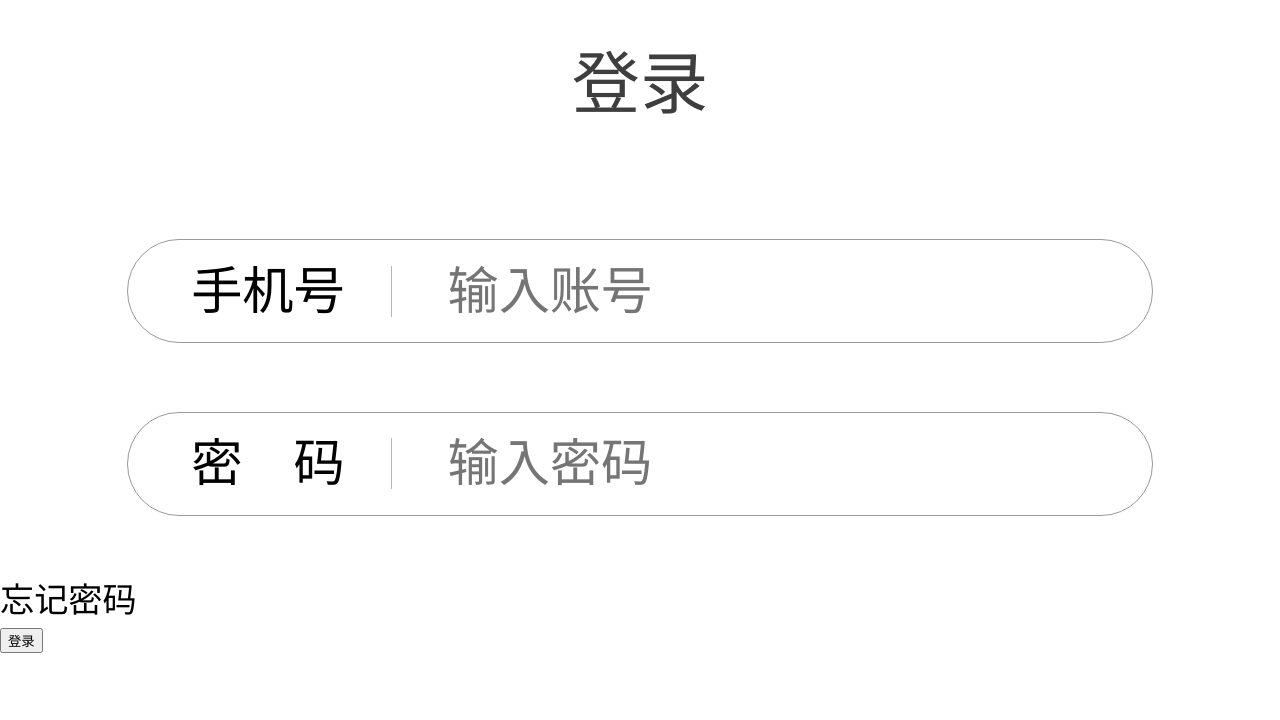
Repository: 421538074/sell
Page: consumer/login.html
An editor plug-in stored every save of this project. The page is shown before and after the next save, followed by the edit.
The browser window is 1280 px wide. The pictures show the whole page.

Above is the page before, as saved 2019-05-29 15:02:36.

### consumer/login.html
<!DOCTYPE html>
<html lang="en">

<head>
    <meta charset="UTF-8">
    <meta content="width=device-width, initial-scale=1.0, maximum-scale=1.0, user-scalable=0;" name="viewport" />
    <meta http-equiv="X-UA-Compatible" content="ie=edge">
    <title>直销系统</title>
    <link rel="stylesheet" href="../css/base.css">
    <link rel="stylesheet" href="css/login.css">
</head>

<body>
    <div id="app">
        <div class="login">
            <div class="login_wrap">
                <h4>登录</h4>
                <ul class="login_uu">
                    <li>
                        <label class="title">手机号</label>
                        <input @input="limitLength('phone',11)" v-model="phone" maxlength="11" type="number"
                            placeholder="输入账号">
                    </li>
                    <li>
                        <label class="title">密&nbsp;&nbsp;&nbsp;&nbsp;码</label>
                        <input class="pasword" v-model="password" type="password" placeholder="输入密码">
                    </li>
                </ul>
                <p class="forget-pass">忘记密码</p>
                <button class="login_btn" @click="login">登录</button>
            </div>
        </div>
    </div>
</body>

</html>
<script src="../js/jquery.min.js"></script>
<script src="../js/api.js"></script>
<script src="../js/vue.js"></script>
<script src="js/login.js"></script>

### css/base.css
/* http://meyerweb.com/eric/tools/css/reset/
   v2.0 | 20110126
   License: none (public domain)
*/

html,
body,
div,
span,
applet,
object,
iframe,
h1,
h2,
h3,
h4,
h5,
h6,
p,
blockquote,
pre,
a,
abbr,
acronym,
address,
big,
cite,
code,
del,
dfn,
em,
img,
ins,
kbd,
q,
s,
samp,
small,
strike,
strong,
sub,
sup,
tt,
var,
b,
u,
i,
center,
dl,
dt,
dd,
ol,
ul,
li,
fieldset,
form,
label,
legend,
table,
caption,
tbody,
tfoot,
thead,
tr,
th,
td,
article,
aside,
canvas,
details,
embed,
figure,
figcaption,
footer,
header,
hgroup,
menu,
nav,
output,
ruby,
section,
summary,
time,
mark,
audio,
video {
    margin: 0;
    padding: 0;
    border: 0;
    font-size: 100%;
    font: inherit;
    vertical-align: baseline;
}

/* HTML5 display-role reset for older browsers */
article,
aside,
details,
figcaption,
figure,
footer,
header,
hgroup,
menu,
nav,
section {
    display: block;
}

body {
    line-height: 1;
}

ol,
ul {
    list-style: none;
}

blockquote,
q {
    quotes: none;
}

blockquote:before,
blockquote:after,
q:before,
q:after {
    content: '';
    content: none;
}

table {
    border-collapse: collapse;
    border-spacing: 0;
}


body,
html {
    font-size: calc(100vw / 37.5);
    font-family: PingFangSC-Medium;
    background: #F2F2F2;
}


[v-cloak] {
    display: none;
}


hr {
    margin: 0;
    padding: 0;
}

.clearfix {
    zoom: 1;
}

.clearfix:after {
    content: ".";
    display: block;
    visibility: hidden;
    height: 0;
    clear: both;
}

[v-cloak] {
    display: none;
}

### consumer/css/login.css
html,body{
    background: #ffffff;
}
h4 {
    color: #3E3E3E;
    text-align: center;
    height: 5rem;
    font-size: 2rem;
    display: flex;
    align-items: center;
    justify-content: center;
}
li {
    width: 80%;
    border: 1px solid #999999;
    margin: 2rem auto;
    height: 3rem;
    border-radius: 10rem;
    display: flex;
    align-items: center;
    justify-content: space-around;
}
label.title{
    position: relative;
    width: 20%;
    display: flex;
    align-items: center;
    justify-content: center;
    font-size: 1.5rem;
}
label.title::after{
    content: '';
    position: absolute;
    height: 100%;
    width: 1px;
    background: #B6B6B6;
    left: 110%;
}
li input {
    border: none;
    flex: 0.8;
    outline: 0;
    font-size: 1.5rem;
}
input.pasword{
    color: #0093FF;
}

### js/api.js



// window.warn = {
//     alert: function alert(msg) {
//         var template = `
// `
//         $('body').append(template);
//         $('.alert-body').animate({
//             top: "40px"
//         }, 200);
//         // setTimeout(function () {
//         //     warn.close();
//         // }, 1500);
//     },
//     close: function close() {
//         $('.alert-body').animate({
//             top: "-280px"
//         }, 200);
//         setTimeout(function () {
//             $('#alert-msg').remove();
//         }, 200);
//     }
// };

Loaded but not shown: js/jquery.min.js (library); js/vue.js (library); consumer/js/login.js (no stored copy; drawn as an empty file)

After the next save:
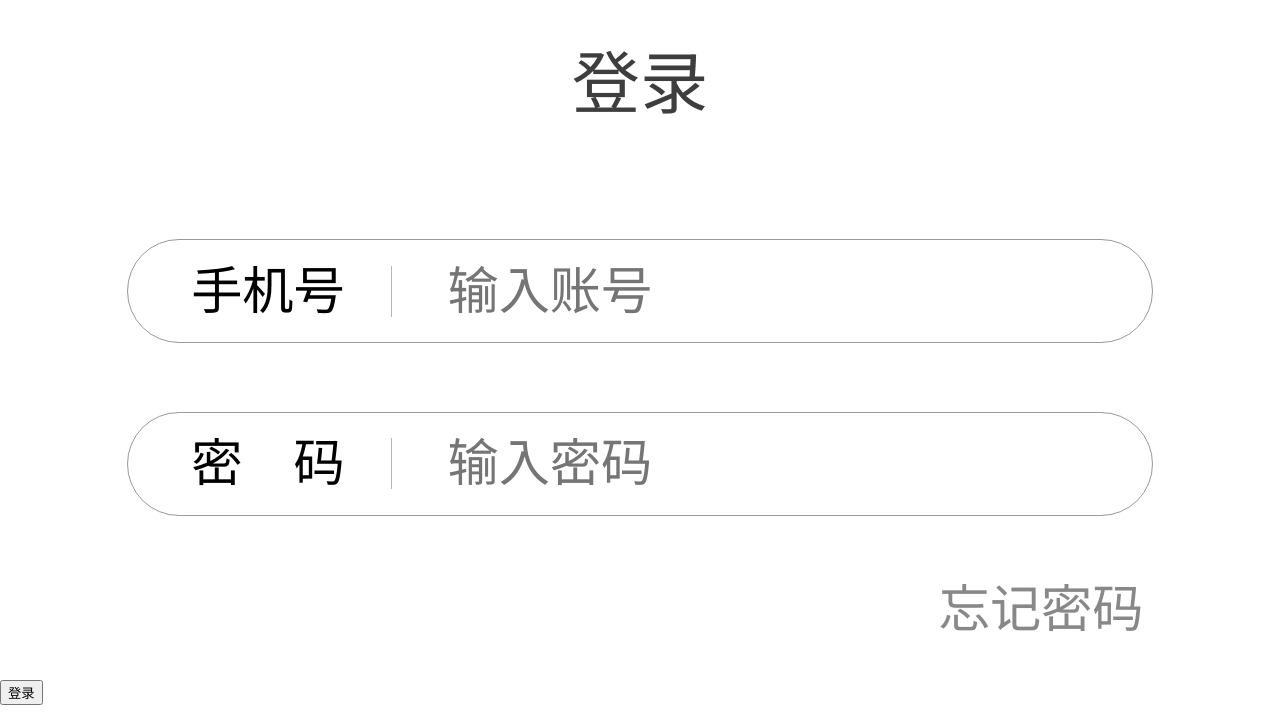
Saved 95 s later.
--- a/consumer/css/login.css
+++ b/consumer/css/login.css
@@ -45,3 +45,10 @@ li input {
 input.pasword{
     color: #0093FF;
 }
+p.forget-pass {
+    font-size: 1.5rem;
+    color: #888888;
+    text-align: right;
+    margin: 1rem 4rem;
+    cursor: pointer;
+}
